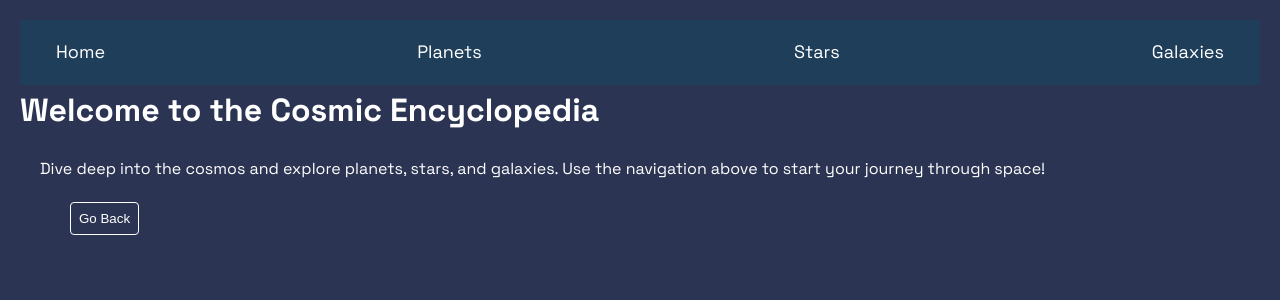
Repository: rmdayberry/Cosmic-Encyclopedia
Page: /
These files come from the project's save history. The page is drawn as it stood at one moment and after the next save; the edit follows.
The browser window is 1280 px wide. The pictures show the whole page.
The project was rebuilt for these pictures with package versions that can differ from the ones it lists, and the page was loaded fresh each time. Also part of the build but not shown: vite.config.js, src/data/celestialData.js, src/pages/ContentPage.jsx.

Above is the page before, as saved 2024-08-31 16:16:30.

After the next save:
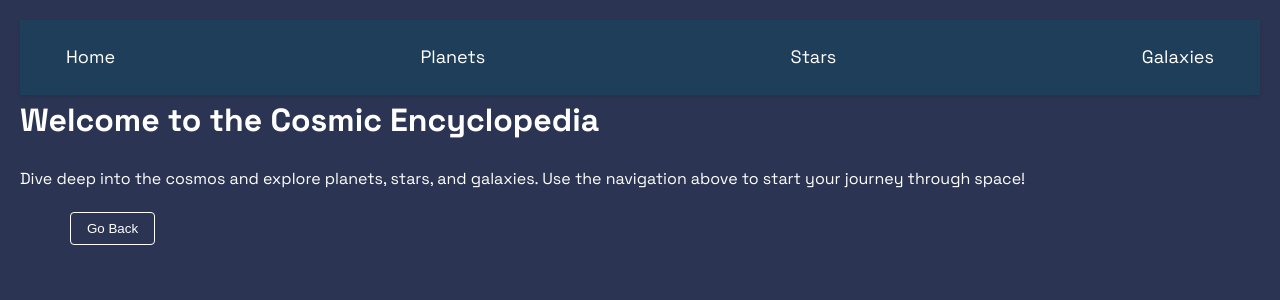
Saved 3 min 41 s later.
--- a/src/index.css
+++ b/src/index.css
@@ -21,25 +21,35 @@ body {
 }
 
 p {
-  margin: 20px;
+  margin: 20px 0;
+  color: white;
 }
 
 button {
   border: 1px solid white;
-  padding: 8px;
+  padding: 8px 16px;
   border-radius: 4px;
   color: white;
   background: var(--primary);
   cursor: pointer;
+  transition: background-color 0.3s, transform 0.2s;
+}
+
+button:hover {
+  background-color: var(--accent);
+  transform: scale(1.05);
 }
 
 .nav-bar {
   display: flex;
   justify-content: space-between;
-  gap: 16px;
   align-items: center;
-  padding: 10px 20px;
+  padding: 15px 30px;
   background-color: var(--primary);
+  box-shadow: 0 2px 4px rgba(0, 0, 0, 0.1);
+  position: sticky;
+  top: 0;
+  z-index: 100;
 }
 
 .nav-bar a {
